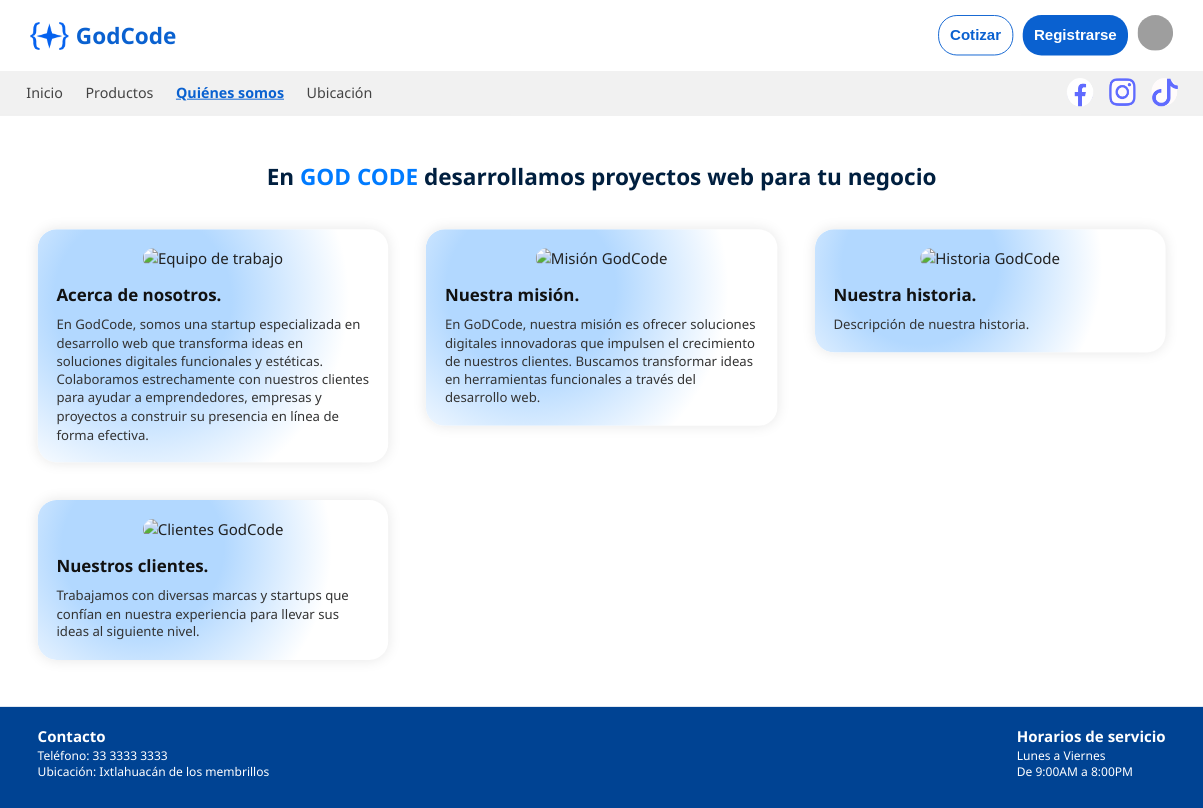
Repository: deDios/God-Code
Page: http://localhost/VIEW/Nosotros.php
These files come from the project's save history. The page is drawn as it stood at one moment and after the next save; the edit follows.
The browser window is 1280 px wide. The pictures show the whole page, at 94% of full size.
Pictures or frames that could not be fetched are drawn as grey boxes. The page is run by PHP 8.4 with error messages shown; the project is at /var/www/html/.

Above is the page before, as saved 2025-06-08 11:06:36.
Console error: TypeError: Cannot set properties of null (setting 'innerHTML')
Not found: VIEW/tu-imagen-1.jpg
Not found: VIEW/tu-imagen-2.jpg
Not found: VIEW/tu-imagen-3.jpg

After the next save:
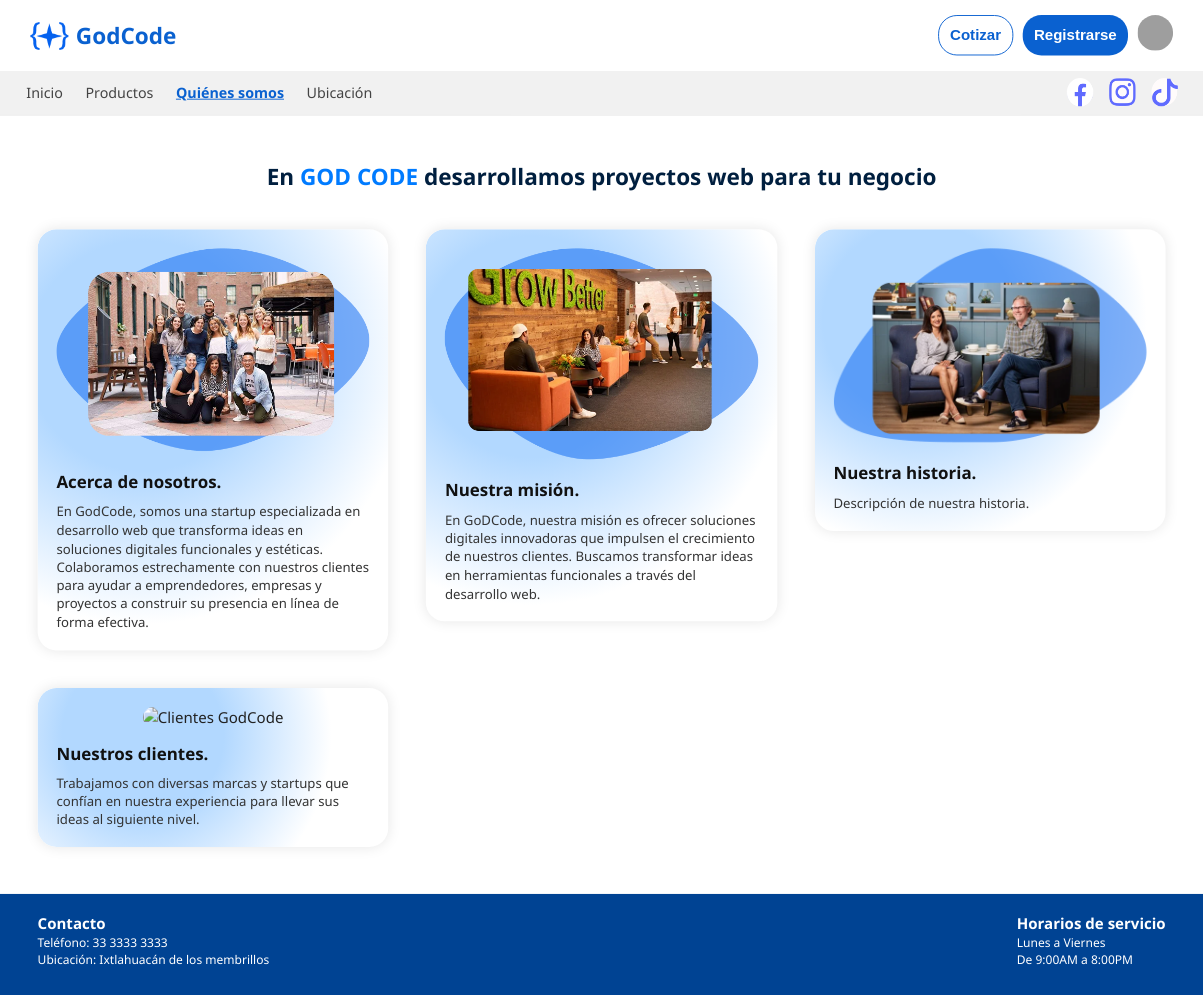
Saved 3 min 30 s later.
--- a/VIEW/Nosotros.php
+++ b/VIEW/Nosotros.php
@@ -79,7 +79,7 @@
             <div class="nosotros-grid">
                 <div class="nosotros-card">
                     <div class="nosotros-fondo"></div>
-                    <img src="tu-imagen-1.jpg" alt="Equipo de trabajo" />
+                    <img src="../ASSETS/Nosotros/seccion1_img1.png" alt="Equipo de trabajo" />
                     <div class="nosotros-texto">
                         <h3>Acerca de nosotros.</h3>
                         <p>En GodCode, somos una startup especializada en desarrollo web que transforma ideas en
@@ -91,7 +91,7 @@
 
                 <div class="nosotros-card">
                     <div class="nosotros-fondo"></div>
-                    <img src="tu-imagen-2.jpg" alt="Misión GodCode" />
+                    <img src="../ASSETS/Nosotros/seccion1_img2.png" alt="Misión GodCode" />
                     <div class="nosotros-texto">
                         <h3>Nuestra misión.</h3>
                         <p>En GoDCode, nuestra misión es ofrecer soluciones digitales innovadoras que impulsen el
@@ -102,7 +102,7 @@
 
                 <div class="nosotros-card">
                     <div class="nosotros-fondo"></div>
-                    <img src="tu-imagen-3.jpg" alt="Historia GodCode" />
+                    <img src="../ASSETS/Nosotros/seccion1_img3.png" alt="Historia GodCode" />
                     <div class="nosotros-texto">
                         <h3>Nuestra historia.</h3>
                         <p>Descripción de nuestra historia.</p>
